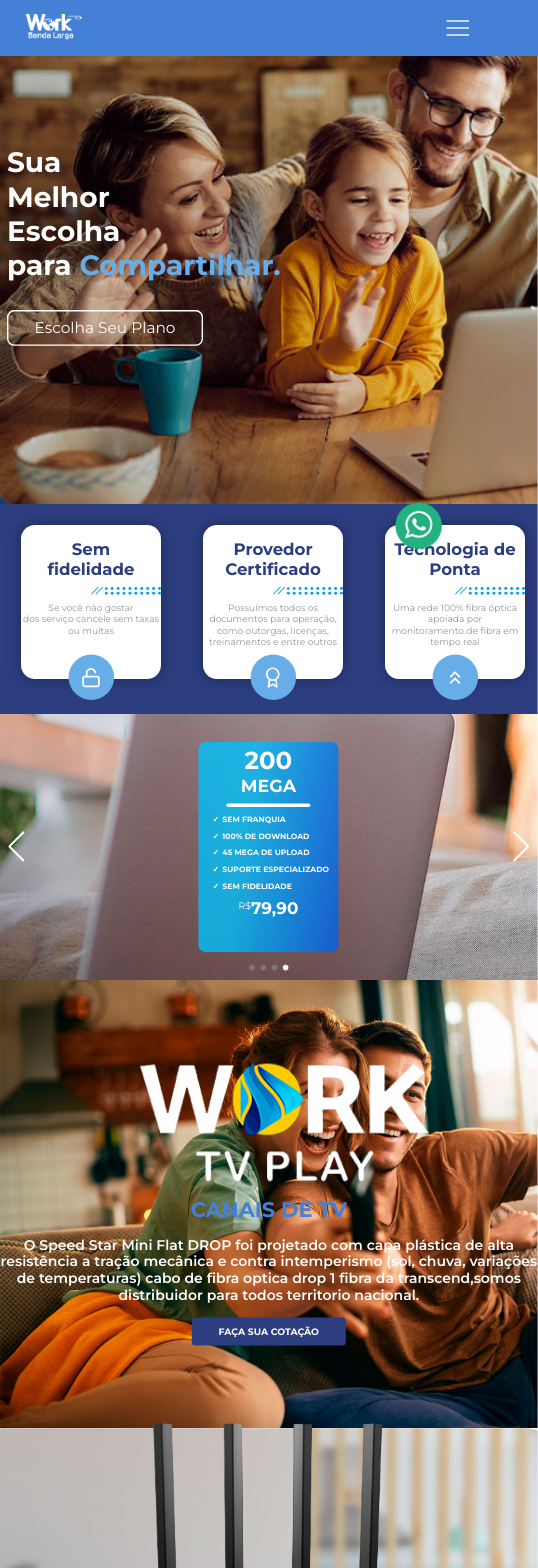
Repository: mateus-henrique-silva/WorkBandaLarga
Page: site_work/src/Pages/campos.html
These files come from the project's save history. The page is drawn as it stood at one moment and after the next save; the edit follows.
The browser window is 768 px wide. The pictures show the part of the page from y = 0 to 2240 px (the page is 4897 px tall), at 70% of full size.
Backgrounds fixed to the window are drawn as part of the page. Some web fonts or font styles are not loaded; a fallback is used.

Above is the page before, as saved 2022-09-20 14:58:54.

After the next save:
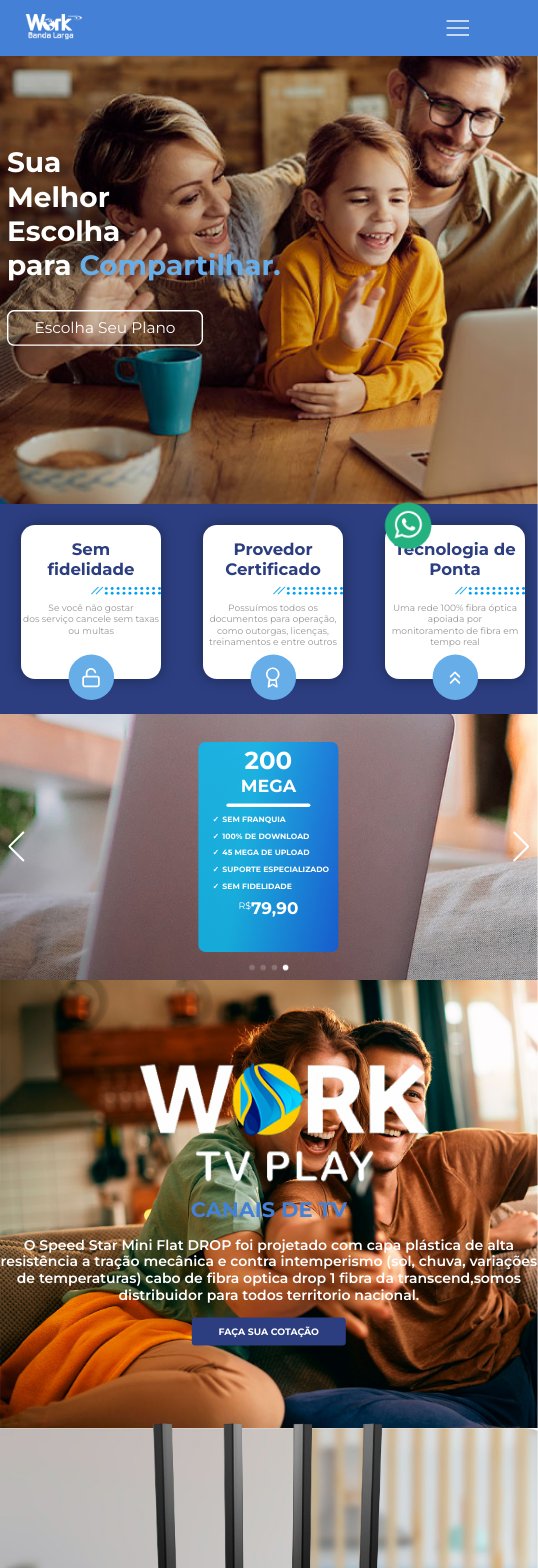
Saved 20 s later.
--- a/site_work/src/CSS/WhatsButton/Style.css
+++ b/site_work/src/CSS/WhatsButton/Style.css
@@ -22,7 +22,7 @@
 
     /* margin-top: -100px!important; */
 
-    margin-left: 72%;
+    margin-left: 70%;
   }
 }
 
